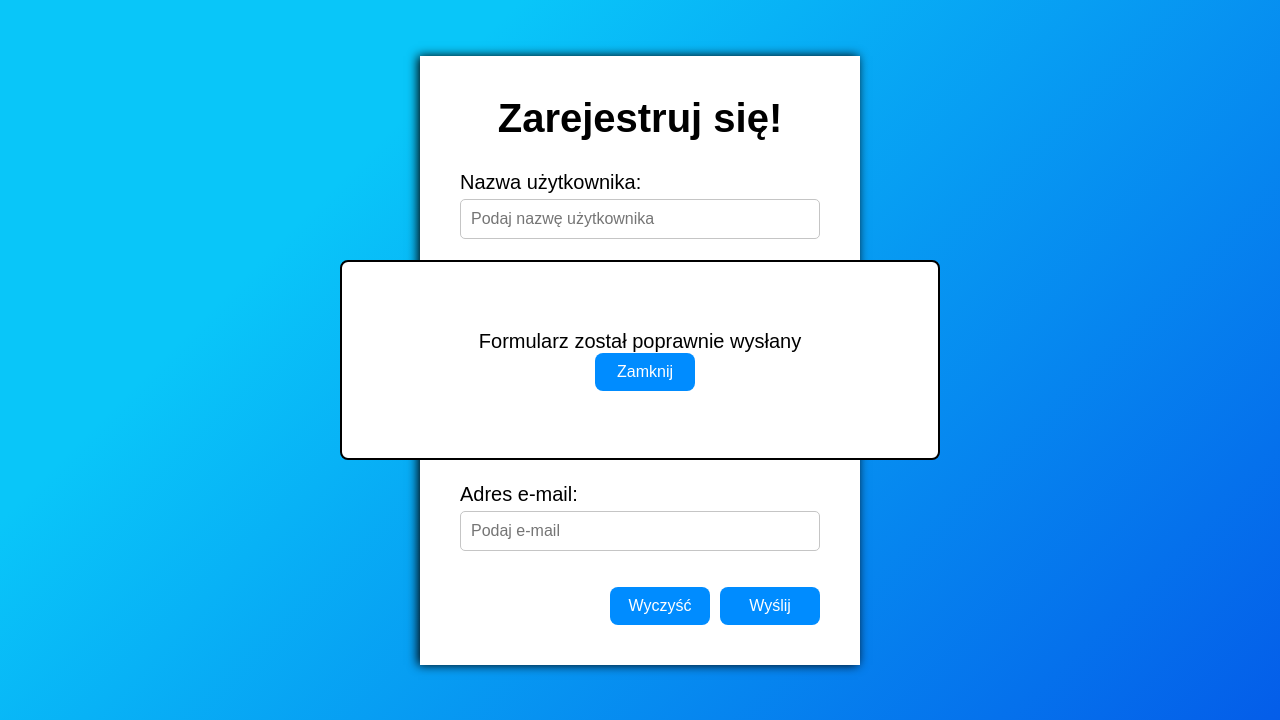
Repository: KrzysKolo/Projekt-3_Formularz-rejestracyjny
Page: index.html
An editor plug-in stored every save of this project. The page is shown before and after the next save, followed by the edit.
The browser window is 1280 px wide. The pictures show the whole page.
Some web fonts or font styles are not loaded; a fallback is used.

Above is the page before, as saved 2020-07-04 03:46:14.

### index.html
<!DOCTYPE html>
<html lang="en">
  <head>
    <meta charset="UTF-8" />
    <meta name="viewport" content="width=device-width, initial-scale=1.0" />
    <title>Projekt 3 - Logowanie</title>
    <link
      href="https://fonts.googleapis.com/css2?family=Aldrich&family=Overpass+Mono:wght@300&display=swap"
      rel="stylesheet"
    />
    <link rel="stylesheet" href="./css/style.css" />
  </head>
  <body>
    <main class="wrapper">
      <form class="form">
        <h1>Zarejestruj się!</h1>
        <div class="form-box">
          <label for="username">Nazwa użytkownika: </label>
          <input
            type="text"
            id="username"
            placeholder="Podaj nazwę użytkownika"
          />
          <p class="error-text">error</p>
        </div>

        <div class="form-box">
          <label for="password">Hasło: </label>
          <input type="password" id="password" placeholder="Podaj hasło" />
          <p class="error-text">error</p>
        </div>

        <div class="form-box">
          <label for="password2">Nazwa użytkownika: </label>
          <input type="password" id="password2" placeholder="Powtórz hasło" />
          <p class="error-text">error</p>
        </div>

        <div class="form-box">
          <label for="email">Adres e-mail: </label>
          <input type="email" id="email" placeholder="Podaj e-mail" />
          <p class="error-text">error</p>
        </div>

        <div class="control-button">
          <button class="clear">Wyczyść</button>
          <button class="send">Wyślij</button>
        </div>

        <div class="popup">
          <p>Formularz został poprawnie wysłany</p>
          <button class="close">Zamknij</button>
        </div>
      </form>
    </main>
  </body>
</html>

### css/style.css
* {
  box-sizing: border-box;
  margin: 0;
  padding: 0;
}
body {
  display: flex;
  justify-content: center;
  align-items: center;
  min-height: 100vh;
  font-family: "Aldrich", sans-serif;
  background-image: linear-gradient(315deg, #045de9 0%, #09c6f9 74%);
}
.wrapper {
  width: 440px;
  background-color: #fff;
  box-shadow: -2px 0 10px #000;
}
.form {
  padding: 40px;
  font-size: 20px;
}
h1 {
  margin-bottom: 30px;
  text-align: center;
}
.form-box {
  margin-bottom: 15px;
}
.form-box label {
  display: inline-block;
  margin-bottom: 5px;
}
.form-box input {
  width: 100%;
  padding: 10px;
  font-size: 16px;
  border: 1px solid rgb(197, 197, 197);
  border-radius: 5px;
}
.form-box.error input {
  border: 1px solid rgb(0, 117, 250);
  background-color: 1px solid rgba(0, 117, 250, 0.1);
}
.form-box .error-text {
  margin: 5px 0 0 10px;
  font-size: 14px;
  color: 1px solid rgb(0, 117, 250);
  font-family: "Overpass Mono", monospace;
  visibility: hidden;
}
.form-box.error .error-text {
  visibility: visible;
}
.control-button {
  display: flex;
  flex-direction: row;
  justify-content: flex-end;
}
.send,
.clear,
.close {
  display: inline-block;
  padding: 10px 0;
  margin-left: 10px;
  width: 100px;
  font-size: 16px;
  background-color: rgb(0, 140, 255);
  color: #fff;
  border: none;
  border-radius: 8px;
  cursor: pointer;
  transition: background-color 0.3s;
}
.send:hover,
.clear:hover,
.close:hover {
  background-color: rgb(0, 107, 194);
}
.popup {
  display: flex;
  justify-content: center;
  align-items: center;
  flex-direction: column;
  position: absolute;
  top: 50%;
  left: 50%;
  transform: translate(-50%, -50%);
  width: 600px;
  height: 200px;
  background-color: #fff;
  border-radius: 8px;
  border: 2px solid black;
}

After the next save:
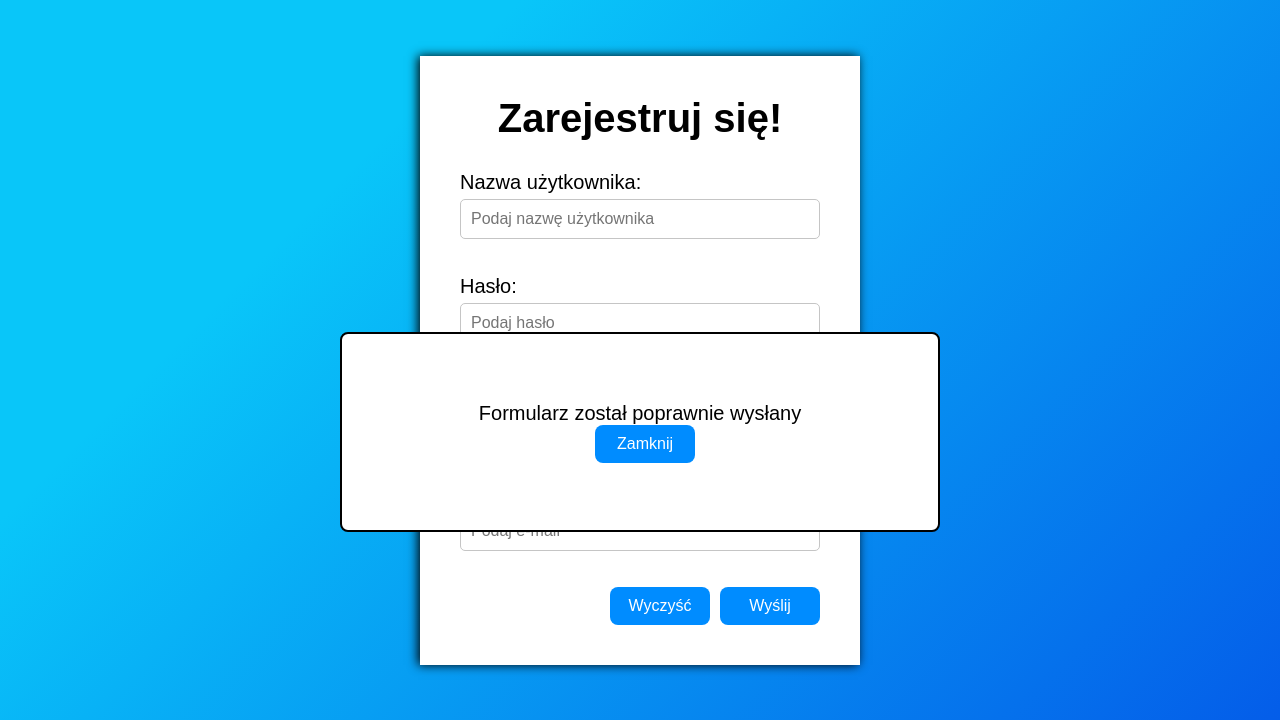
Saved 6 s later.
--- a/css/style.css
+++ b/css/style.css
@@ -83,7 +83,7 @@ h1 {
   align-items: center;
   flex-direction: column;
   position: absolute;
-  top: 50%;
+  top: 60%;
   left: 50%;
   transform: translate(-50%, -50%);
   width: 600px;
